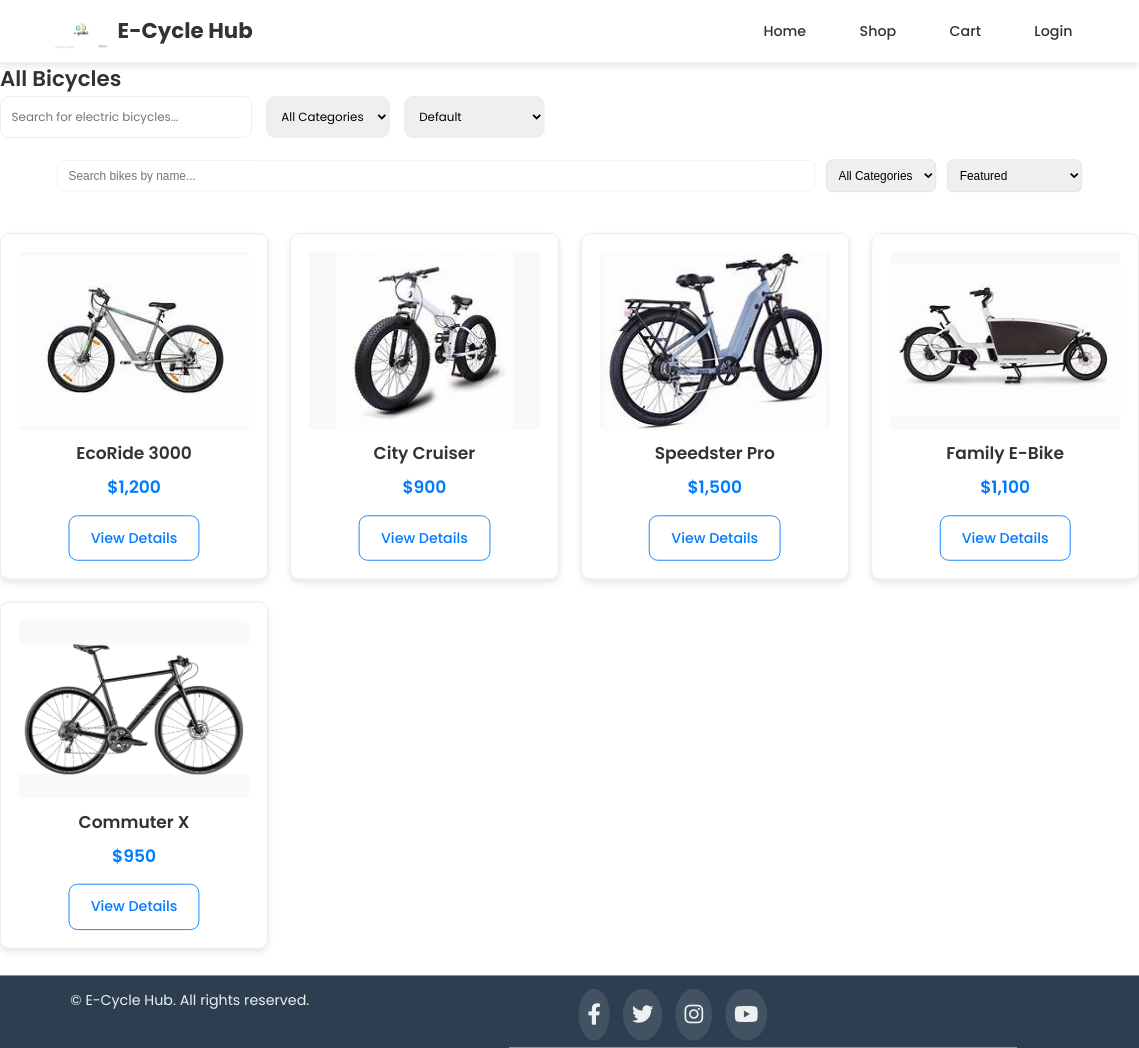
Repository: Rutuja-g/E-Cycle-Hub
Page: public/products.html
These files come from the project's save history. The page is drawn as it stood at one moment and after the next save; the edit follows.
The browser window is 1280 px wide. The pictures show the whole page, at 89% of full size.

Above is the page before, as saved 2025-10-24 16:13:34.
Console error: SyntaxError: Unexpected token 'export'

After the next save:
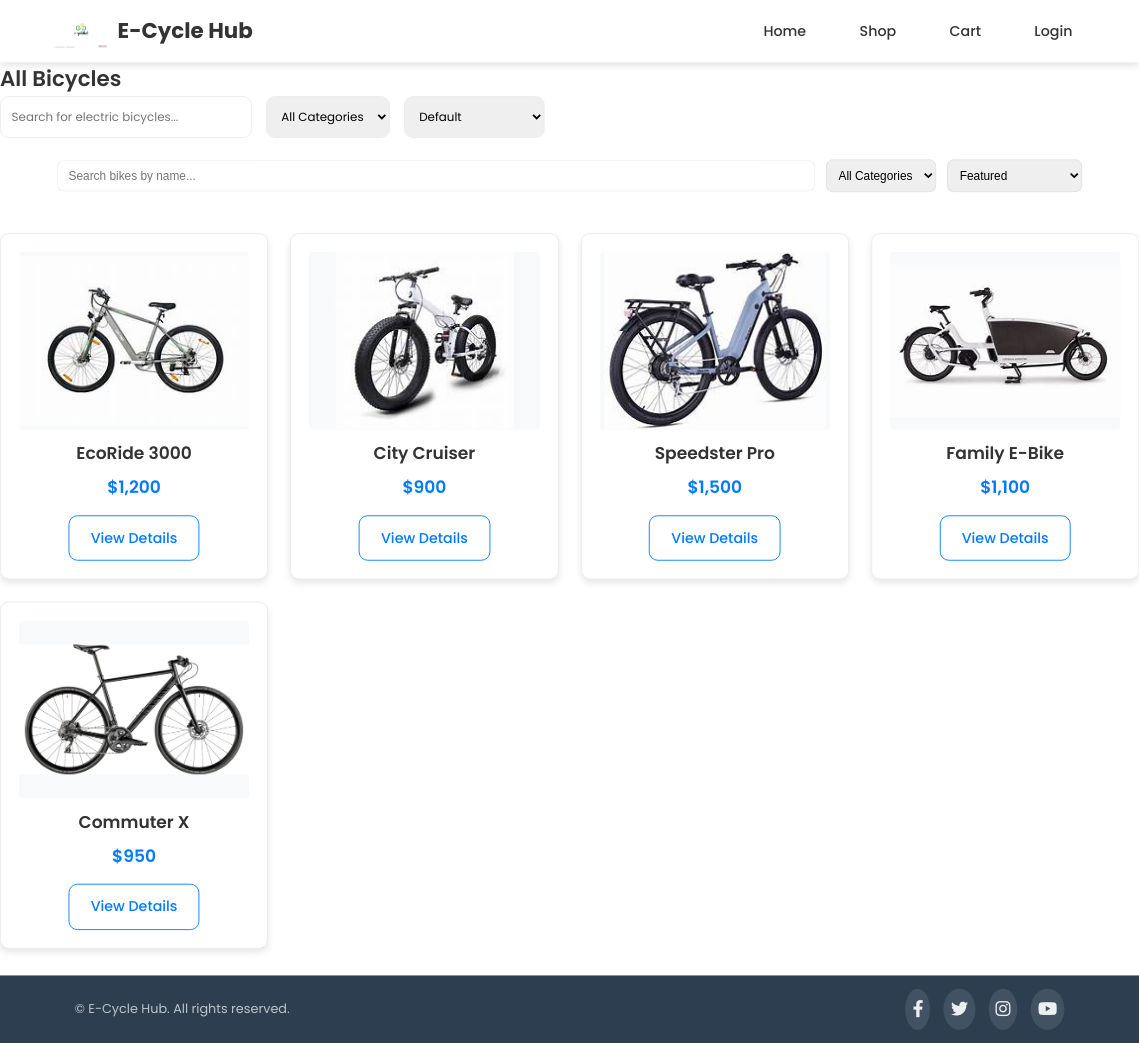
Saved 46 s later.
--- a/public/css/main.css
+++ b/public/css/main.css
@@ -507,57 +507,25 @@ a:hover {
 .footer {
   background: #2c3e50;
   color: #ecf0f1;
-  padding: 15px 0 8px;
+  padding: 15px 0;
   margin-top: auto;
 }
 
 .footer-content {
-  display: grid;
-  grid-template-columns: repeat(auto-fit, minmax(250px, 1fr));
-  gap: 20px;
+  display: flex;
+  justify-content: space-between;
+  align-items: center;
   max-width: 1200px;
   margin: 0 auto;
-  padding: 0 15px;
-}
-
-.footer-logo h2 {
-  margin: 0 0 10px 0;
-  color: var(--primary-color);
-}
-
-.footer-logo p {
+  padding: 0 20px;
+}
+
+.footer-content p {
   margin: 0;
   color: #bdc3c7;
   font-size: 0.9em;
 }
 
-.footer-links h3,
-.footer-social h3 {
-  margin: 0 0 15px 0;
-  color: #ecf0f1;
-  font-size: 1.1em;
-}
-
-.footer-links ul {
-  list-style: none;
-  padding: 0;
-  margin: 0;
-}
-
-.footer-links li {
-  margin-bottom: 8px;
-}
-
-.footer-links a {
-  color: #bdc3c7;
-  text-decoration: none;
-  transition: color 0.3s;
-}
-
-.footer-links a:hover {
-  color: var(--primary-color);
-}
-
 .social-icons {
   display: flex;
   gap: 15px;
@@ -565,9 +533,9 @@ a:hover {
 
 .social-icons a {
   color: #ecf0f1;
-  font-size: 1.5em;
+  font-size: 1.2em;
   transition: all 0.3s;
-  padding: 10px;
+  padding: 8px;
   border-radius: 50%;
   background: rgba(255, 255, 255, 0.1);
 }
@@ -576,14 +544,6 @@ a:hover {
   color: var(--primary-color);
   background: rgba(255, 255, 255, 0.2);
   transform: translateY(-2px);
-}
-
-.footer-bottom {
-  text-align: center;
-  margin-top: 15px;
-  padding-top: 10px;
-  border-top: 1px solid rgba(255, 255, 255, 0.1);
-  color: #bdc3c7;
 }
 
 /* Add error styles */
